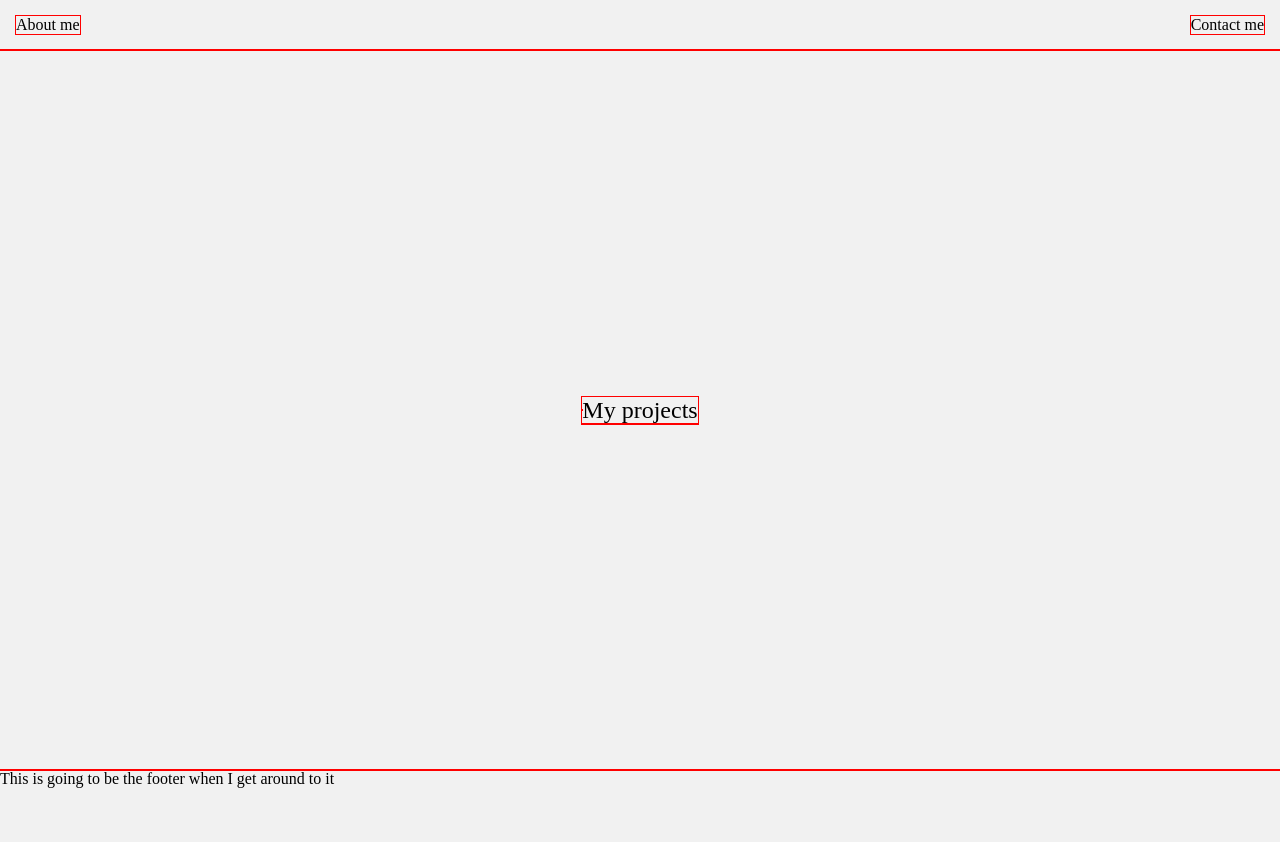
Repository: lynn-the-owl/lynnhtet
Page: index.html
An editor plug-in stored every save of this project. The page is shown before and after a run of saves, followed by the edit.
The browser window is 1280 px wide. The pictures show the whole page.
Some web fonts or font styles are not loaded; a fallback is used. Some web libraries are served in a nearby version.

Above is the page before, as saved 2023-10-10 00:27:43.

After the next 3 saves:
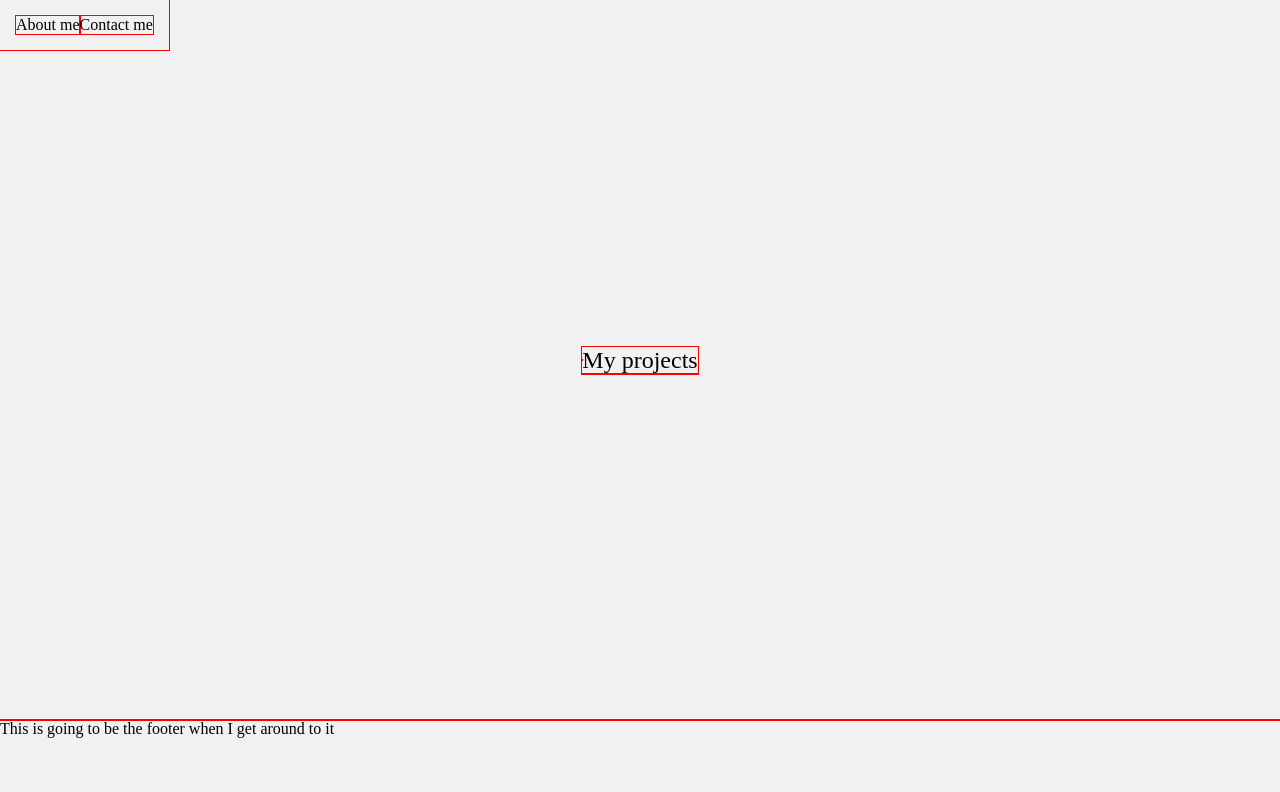
The 3 saves are shown as one change because they came seconds apart.
The last was saved 13 s later.
--- a/style.css
+++ b/style.css
@@ -24,7 +24,9 @@ p {
 
 }
 
-
+.head-wrap {
+    position: absolute;
+}
 .header {
     padding: 1em;
     display: flex;

After the save that followed:
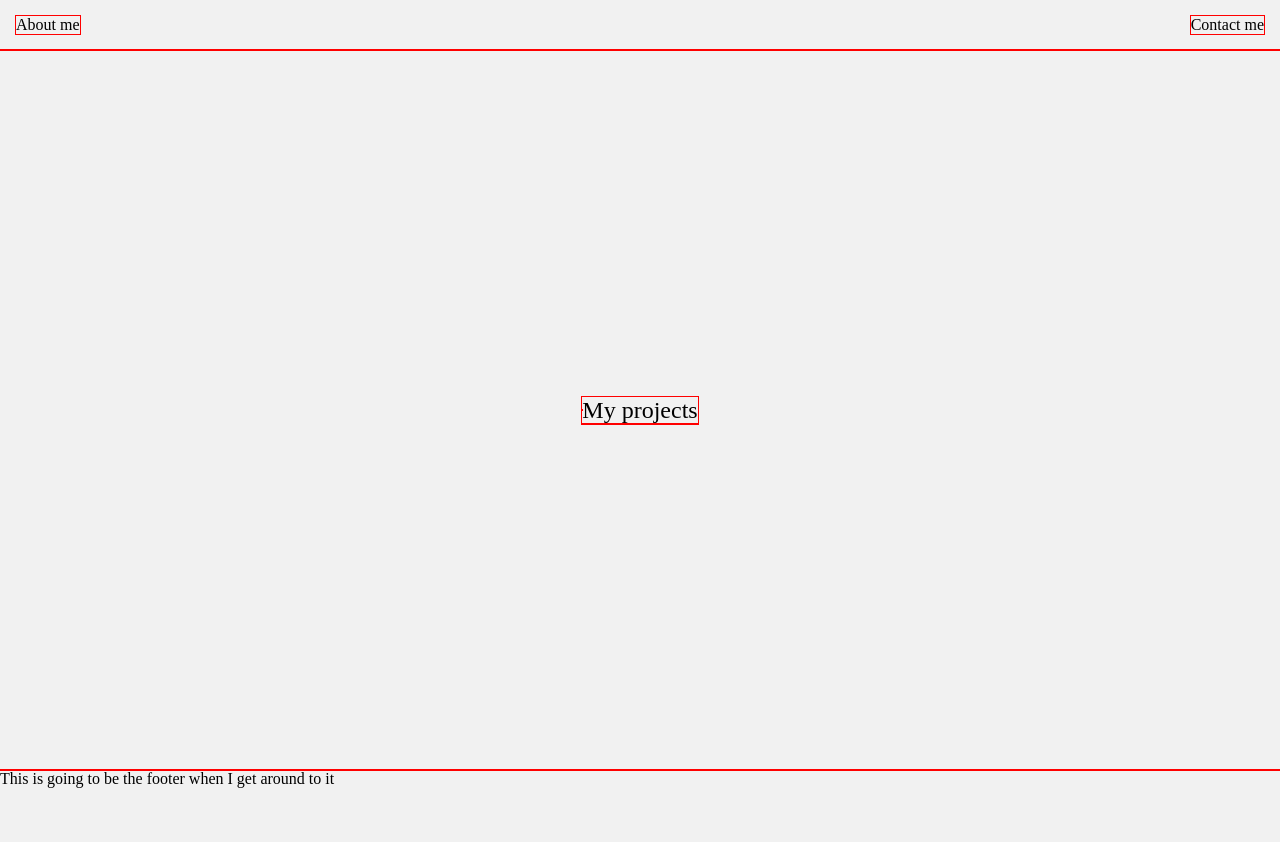
Saved 23 s later.
--- a/index.html
+++ b/index.html
@@ -22,14 +22,12 @@
 
 <body>
     <div class="all">
-        <div class="head-wrap">
-            <div class="header">
-                <div class="about-me">
-                    About me
-                </div>
-                <div class="contact-me">
-                    Contact me
-                </div>
+        <div class="header">
+            <div class="about-me">
+                About me
+            </div>
+            <div class="contact-me">
+                Contact me
             </div>
         </div>
 
